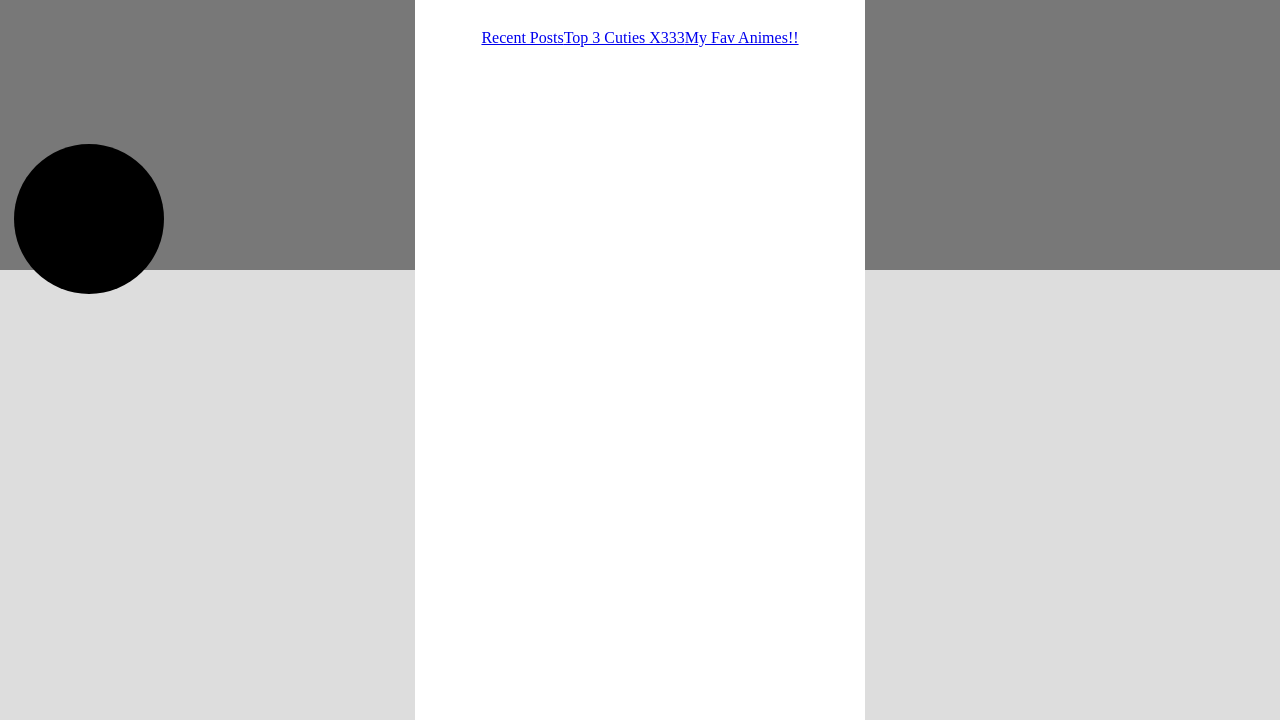
Repository: Jennica1/Frontend-Final
Page: anime.html
These files come from the project's save history. The page is drawn as it stood at one moment and after the next save; the edit follows.
The browser window is 1280 px wide. The pictures show the whole page.

Above is the page before, as saved 2024-05-09 21:24:51.

After the next save:
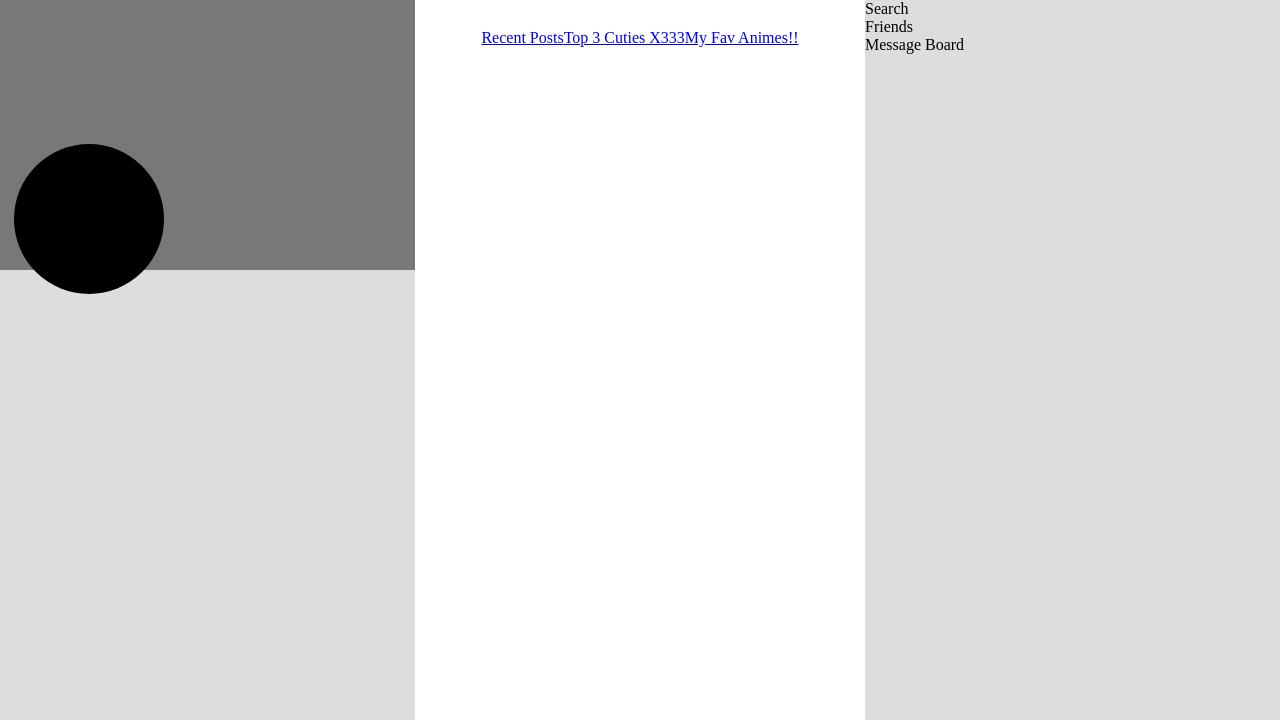
Saved 60 s later.
--- a/anime.html
+++ b/anime.html
@@ -27,7 +27,9 @@
 
     <!--Side Nav Right-->
     <div class="sidebar-right">
-      <img src="images/Rectangle 2.svg" class="background-photo" />
+      <div>Search</div>
+      <div>Friends</div>
+      <div>Message Board</div>
     </div>
   </div>
 
